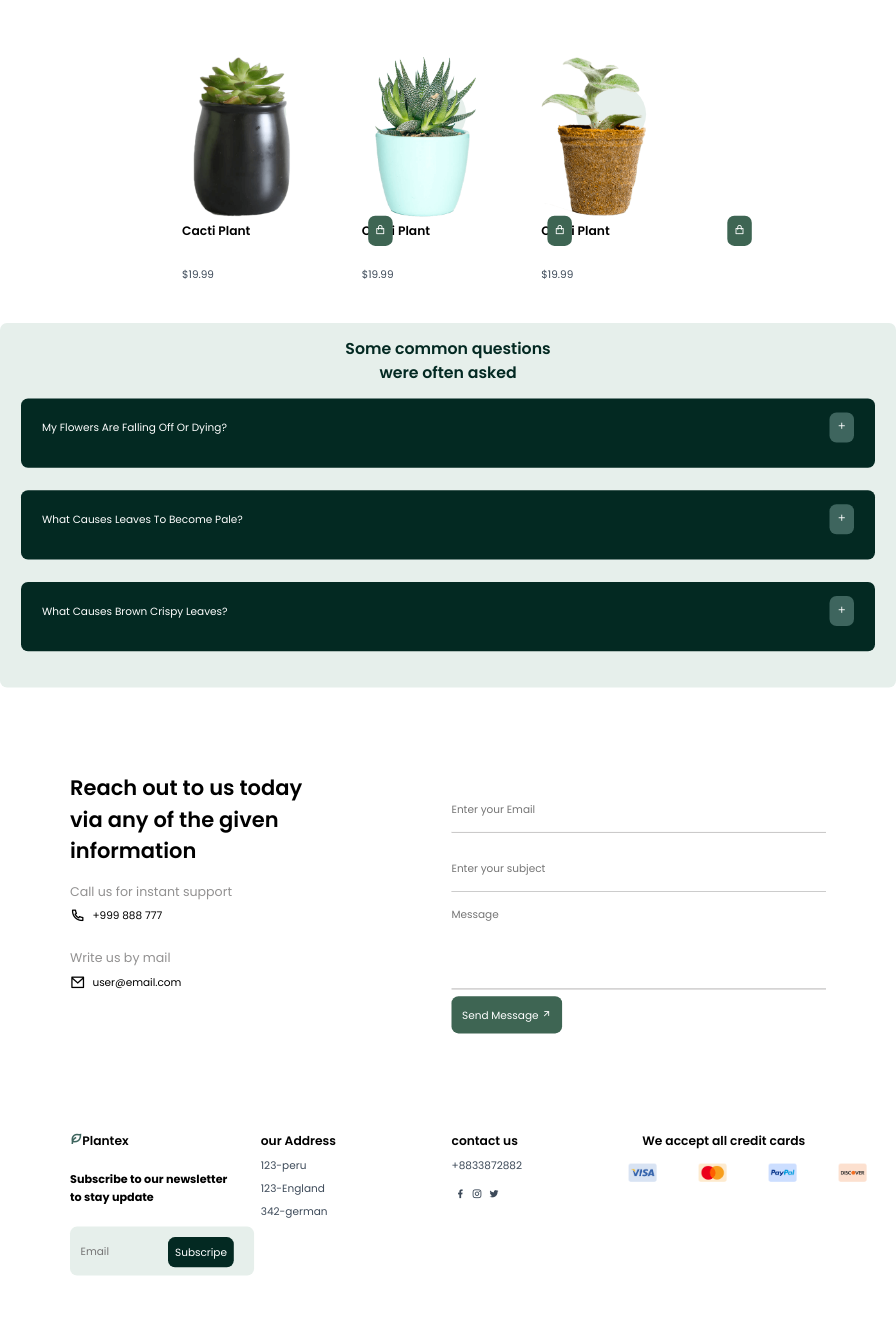
Repository: OmniaRafat232111121/plantwebsite
Page: index.html
These files come from the project's save history. The page is drawn as it stood at one moment and after the next save; the edit follows.
The browser window is 1280 px wide. The pictures show the part of the page from y = 2356 to 4276 px (the page is 4276 px tall), at 70% of full size.

Above is the page before, as saved 2023-01-05 17:14:27.

After the next save:
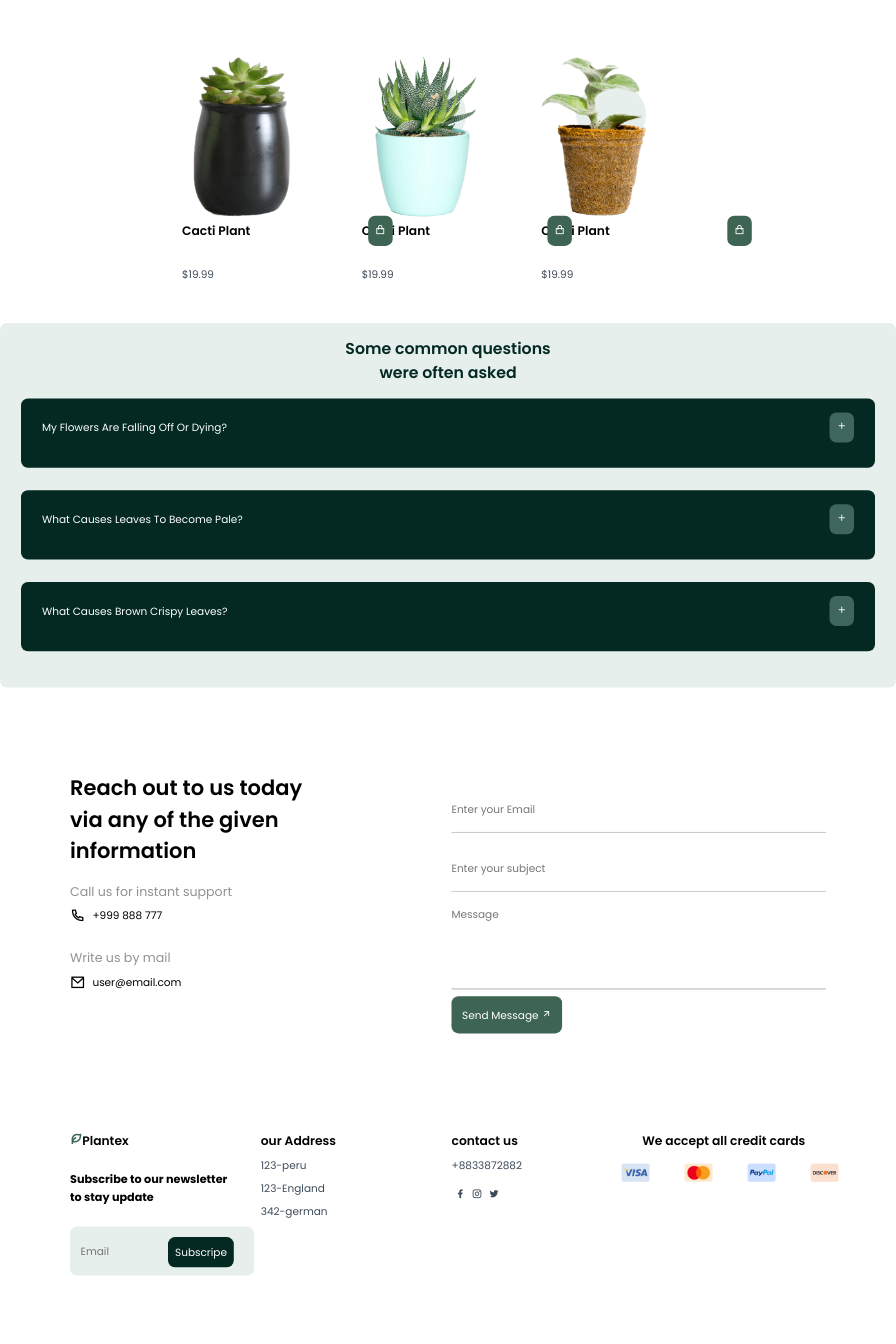
Saved 10 s later.
--- a/assets/css/styles.css
+++ b/assets/css/styles.css
@@ -776,7 +776,7 @@ margin-top: 40px;
   display: block;
 }
 .box-images img{
-  margin-left: -20px;
+  margin-left: -30px;
   width: 40px;
   max-width: 100%;
 
